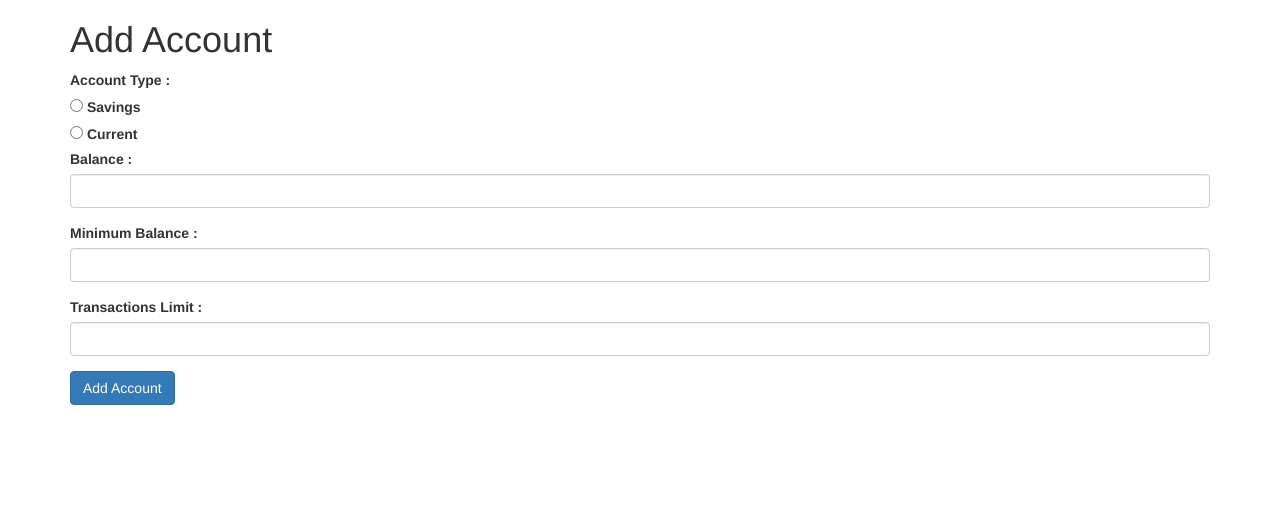
Repository: Shubham-Gawade/SpringHibernateTraining
Page: http://localhost/xorbankonline/WEB-INF/pages/addaccount.jsp
These files come from the project's save history. The page is drawn as it stood at one moment and after the next save; the edit follows.
The browser window is 1280 px wide. The pictures show the whole page.
The page is served by Tomcat 9. Nobody is signed in. Other server files are loaded and not shown. The template is opened directly, without the code that normally fills it, so the values that code supplies are empty.

Above is the page before, as saved 2021-10-07 06:20:09.

### xorbankonline/src/main/webapp/WEB-INF/pages/addaccount.jsp
<%@ page language="java" contentType="text/html; charset=ISO-8859-1"
    pageEncoding="ISO-8859-1"%>
<%@ taglib prefix="form" uri="http://www.springframework.org/tags/form" %>
<!DOCTYPE html>
<html>
<head>
<meta charset="ISO-8859-1">
<title>Insert title here</title>
<link rel="stylesheet" href="https://maxcdn.bootstrapcdn.com/bootstrap/3.3.7/css/bootstrap.min.css">
</head>
<body class="container">
	<h1>Add Account</h1>
	<form:form action="addaccount" method="post" modelAttribute="accountObj">
        <label >Account Type :</label>
        <div class="form-check form-check-inline">
            <input class="form-check-input" type="radio" name="inlineRadioOptions" name="accountType" value="SAVINGS">
            <label class="form-check-label" >Savings</label>
        </div>
        <div class="form-check form-check-inline">
            <input class="form-check-input" type="radio" name="inlineRadioOptions" name="accountType" value="CURRENT">
            <label class="form-check-label" >Current</label>
        </div>
        <div class="form-group">
			<label for="balance">Balance :</label>
			<form:input type="text" path="balance" class="form-control"
				name="balance" />
		</div>
		<div class="form-group">
			<label for="minimumBalance">Minimum Balance :</label>
			<form:input type="text" path="minimumBalance" class="form-control"
				name="minimumBalance" />
		</div>
		<div class="form-group">
			<label for="transactionsLimit">Transactions Limit :</label>
			<form:input type="text" path="transactionsLimit" class="form-control"
				name="transactionsLimit" />
		</div>
		<input class="btn btn-primary" type="submit" value="Add Account"/>
	</form:form>
</body>
</html>

After the next save:
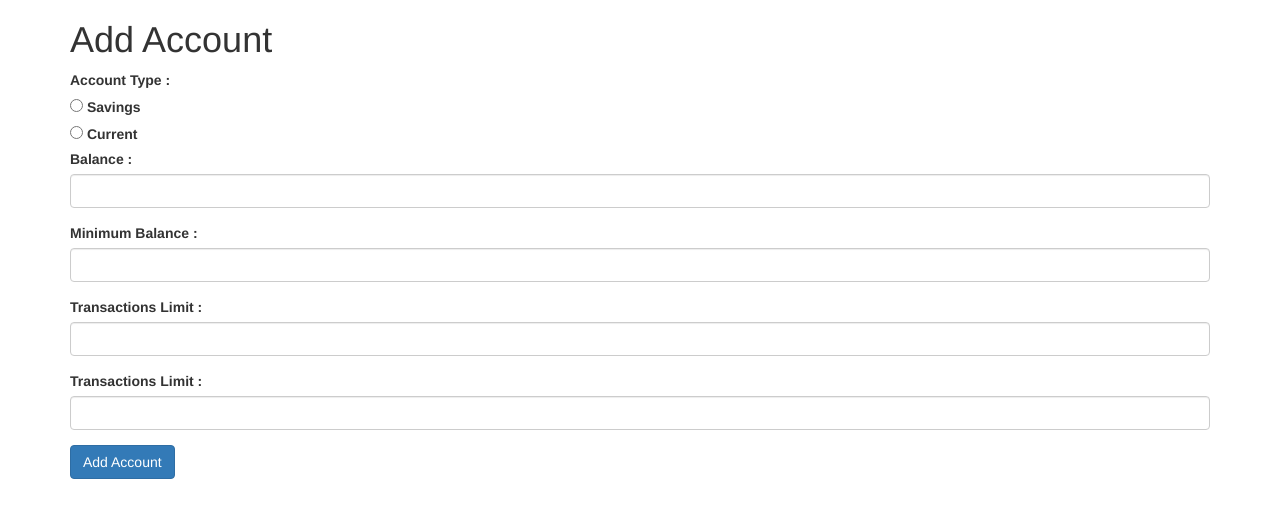
Saved 5 s later.
--- a/xorbankonline/src/main/webapp/WEB-INF/pages/addaccount.jsp
+++ b/xorbankonline/src/main/webapp/WEB-INF/pages/addaccount.jsp
@@ -35,6 +35,11 @@
 			<form:input type="text" path="transactionsLimit" class="form-control"
 				name="transactionsLimit" />
 		</div>
+		<div class="form-group">
+			<label for="transactionsLimit">Transactions Limit :</label>
+			<form:input type="text" path="transactionsLimit" class="form-control"
+				name="transactionsLimit" />
+		</div>
 		<input class="btn btn-primary" type="submit" value="Add Account"/>
 	</form:form>
 </body>
